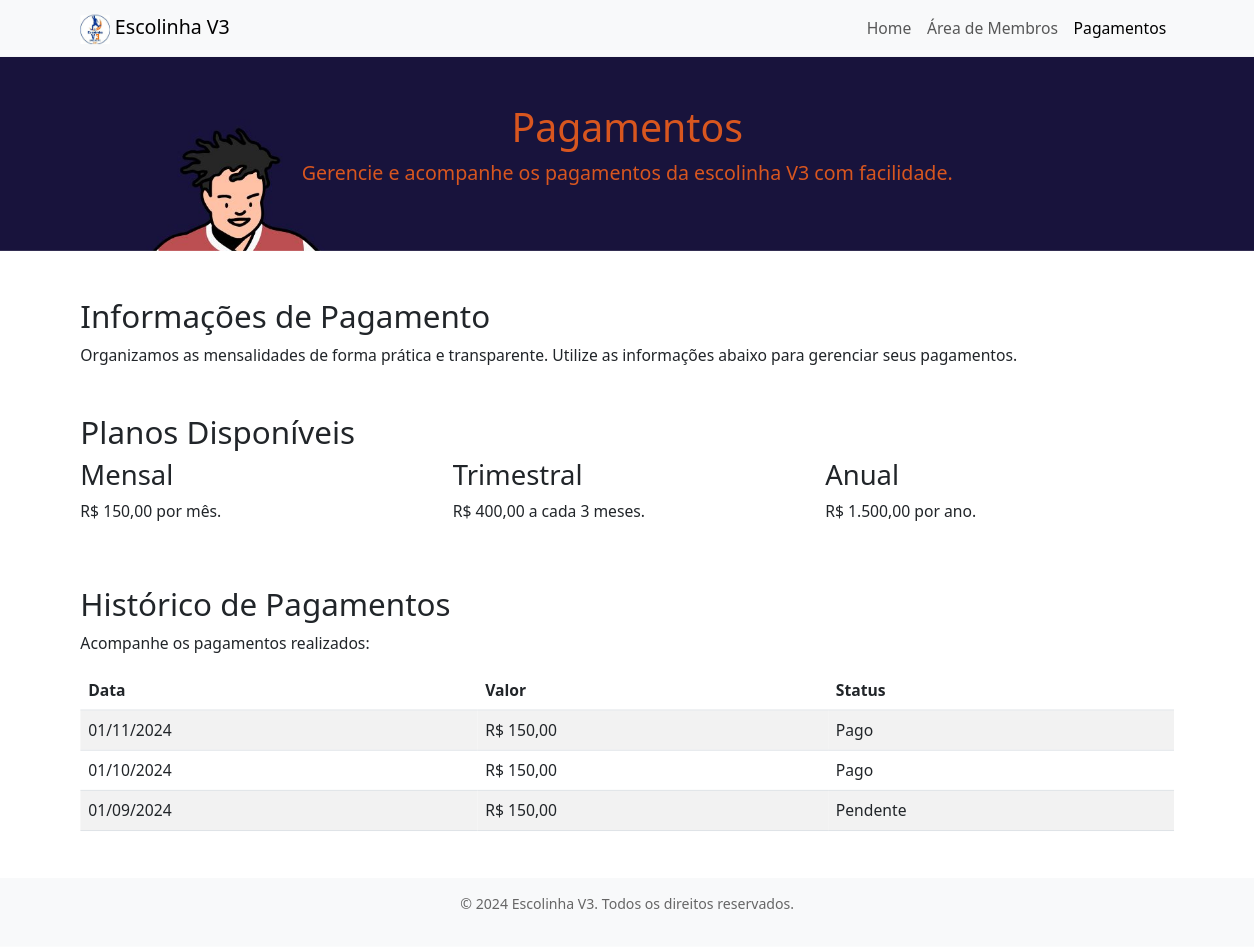
Repository: br-on/projeto-escolinhav3
Page: http://localhost/pagamentos
These files come from the project's save history. The page is drawn as it stood at one moment and after the next save; the edit follows.
The browser window is 1280 px wide. The pictures show the whole page, at 98% of full size.
The page is served by the project's application, run on Flask 3 (main.py).

Above is the page before, as saved 2024-11-15 10:13:37.

### templates/pagamentos.html
<!DOCTYPE html>
<html lang="pt-br">
<head>
    <meta charset="UTF-8">
    <meta name="viewport" content="width=device-width, initial-scale=1.0">
    <title>Pagamentos - Escolinha V3</title>
    <link href="https://cdn.jsdelivr.net/npm/bootstrap@5.3.0/dist/css/bootstrap.min.css" rel="stylesheet">
    <!-- Link para o CSS personalizado -->
    <link rel="stylesheet" href="{{ url_for('static', filename='css/style.css') }}">
</head>
<body>

    <!-- Navbar -->
    <nav class="navbar navbar-expand-lg navbar-light bg-light">
        <div class="container">
            <a class="navbar-brand" href="{{ url_for('views.index') }}">
                <img src="{{ url_for('static', filename='img/logo.jpg') }}" alt="Logo" width="30" height="30">
                Escolinha V3
            </a>
            <button class="navbar-toggler" type="button" data-bs-toggle="collapse" data-bs-target="#navbarNav">
                <span class="navbar-toggler-icon"></span>
            </button>
            <div class="collapse navbar-collapse" id="navbarNav">
                <ul class="navbar-nav ms-auto">
                    <li class="nav-item"><a class="nav-link" href="{{ url_for('views.index') }}">Home</a></li>
                    <li class="nav-item"><a class="nav-link" href="{{ url_for('views.membros') }}">Área de Membros</a></li>
                    <li class="nav-item"><a class="nav-link active" href="{{ url_for('views.pagamentos') }}">Pagamentos</a></li>
                </ul>
            </div>
        </div>
    </nav>

    <!-- Hero Section -->
    <header class="bg-primary text-white text-center py-5">
        <div class="container">
            <h1>Pagamentos</h1>
            <p class="lead">Gerencie e acompanhe os pagamentos da escolinha V3 com facilidade.</p>
        </div>
    </header>

    <!-- Conteúdo Principal -->
    <main class="container my-5">
        <section>
            <h2>Informações de Pagamento</h2>
            <p>Organizamos as mensalidades de forma prática e transparente. Utilize as informações abaixo para gerenciar seus pagamentos.</p>
        </section>

        <section class="my-5">
            <h2>Planos Disponíveis</h2>
            <div class="row">
                <div class="col-md-4">
                    <h3>Mensal</h3>
                    <p>R$ 150,00 por mês.</p>
                </div>
                <div class="col-md-4">
                    <h3>Trimestral</h3>
                    <p>R$ 400,00 a cada 3 meses.</p>
                </div>
                <div class="col-md-4">
                    <h3>Anual</h3>
                    <p>R$ 1.500,00 por ano.</p>
                </div>
            </div>
        </section>

        <section class="my-5">
            <h2>Histórico de Pagamentos</h2>
            <p>Acompanhe os pagamentos realizados:</p>
            <table class="table table-striped">
                <thead>
                    <tr>
                        <th scope="col">Data</th>
                        <th scope="col">Valor</th>
                        <th scope="col">Status</th>
                    </tr>
                </thead>
                <tbody>
                    <tr>
                        <td>01/11/2024</td>
                        <td>R$ 150,00</td>
                        <td>Pago</td>
                    </tr>
                    <tr>
                        <td>01/10/2024</td>
                        <td>R$ 150,00</td>
                        <td>Pago</td>
                    </tr>
                    <tr>
                        <td>01/09/2024</td>
                        <td>R$ 150,00</td>
                        <td>Pendente</td>
                    </tr>
                </tbody>
            </table>
        </section>
    </main>

    <!-- Footer -->
    <footer class="bg-light text-center py-3">
        <p>&copy; 2024 Escolinha V3. Todos os direitos reservados.</p>
    </footer>

    <script src="https://cdn.jsdelivr.net/npm/bootstrap@5.3.0/dist/js/bootstrap.bundle.min.js"></script>
</body>
</html>

### views.py
# views.py
from flask import Blueprint, render_template

# Cria um Blueprint para as views
views = Blueprint('views', __name__)

@views.route('/')
def index():
    return render_template('index.html')

@views.route('/membros')
def membros():
    return render_template('membros.html')

@views.route('/pagamentos')
def pagamentos():
    return render_template('pagamentos.html')

### main.py
# app.py
from flask import Flask
from views import views  # Importa o Blueprint

app = Flask(__name__)

# Registra o Blueprint das views
app.register_blueprint(views)

if __name__ == '__main__':
    app.run(debug=True)

### static/css/style.css
/* Estilos customizados */


header {
    background-image: url('../img/banner.jpg');
    background-size: cover;
    color: white;
}

footer {
    font-size: 0.9em;
    color: #666;
}

.bg-primary {
    background-color: #18133c !important; /* Cor de fundo substituída */
}

.text-white {
    color: #d8561f !important; /* Cor de texto substituída */
}

.topo-img{
    display: flex;
    width: 100%;
    justify-content: center;
    padding: 5px;
}

After the next save:
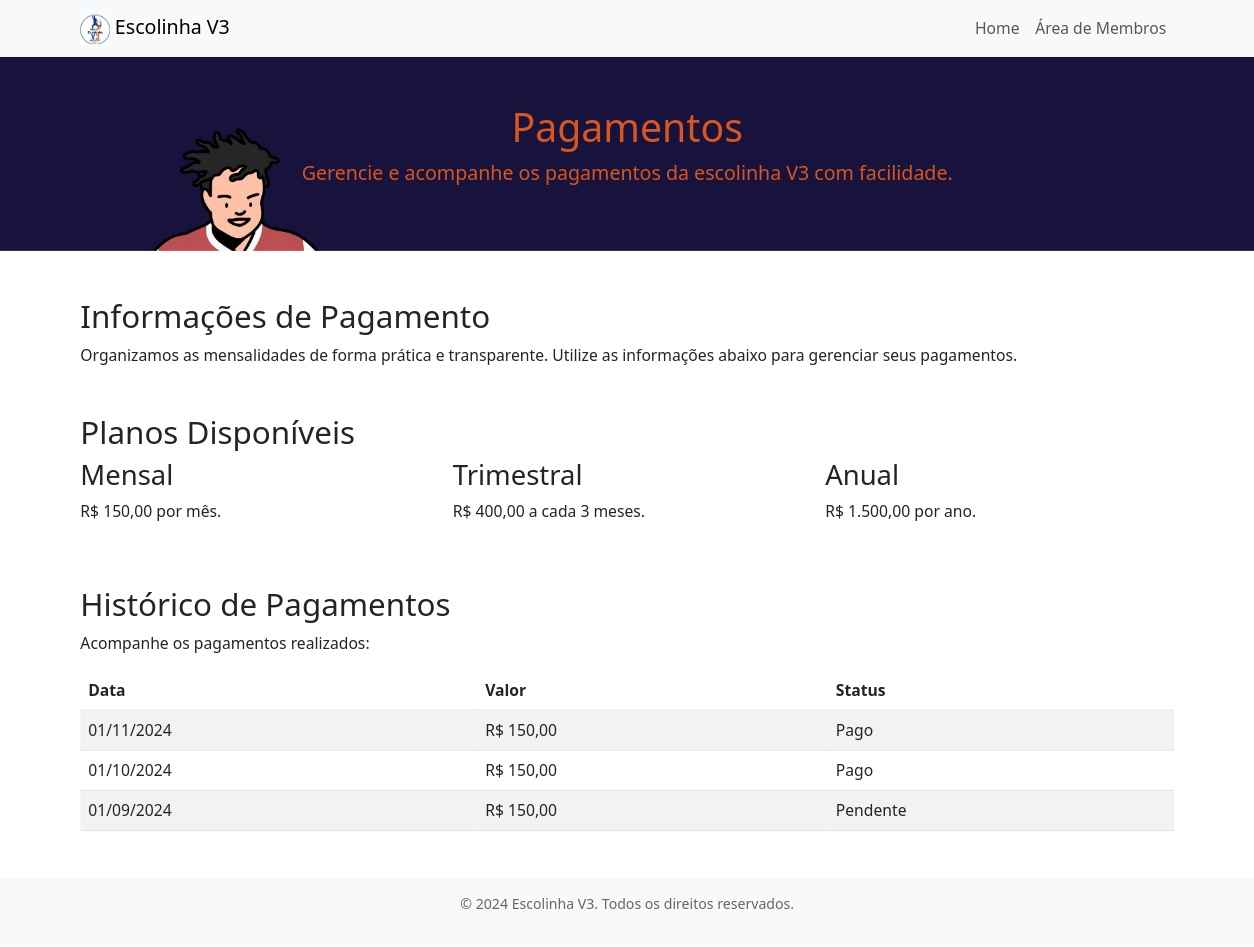
Saved 76 s later.
--- a/templates/pagamentos.html
+++ b/templates/pagamentos.html
@@ -24,7 +24,6 @@
                 <ul class="navbar-nav ms-auto">
                     <li class="nav-item"><a class="nav-link" href="{{ url_for('views.index') }}">Home</a></li>
                     <li class="nav-item"><a class="nav-link" href="{{ url_for('views.membros') }}">Área de Membros</a></li>
-                    <li class="nav-item"><a class="nav-link active" href="{{ url_for('views.pagamentos') }}">Pagamentos</a></li>
                 </ul>
             </div>
         </div>
